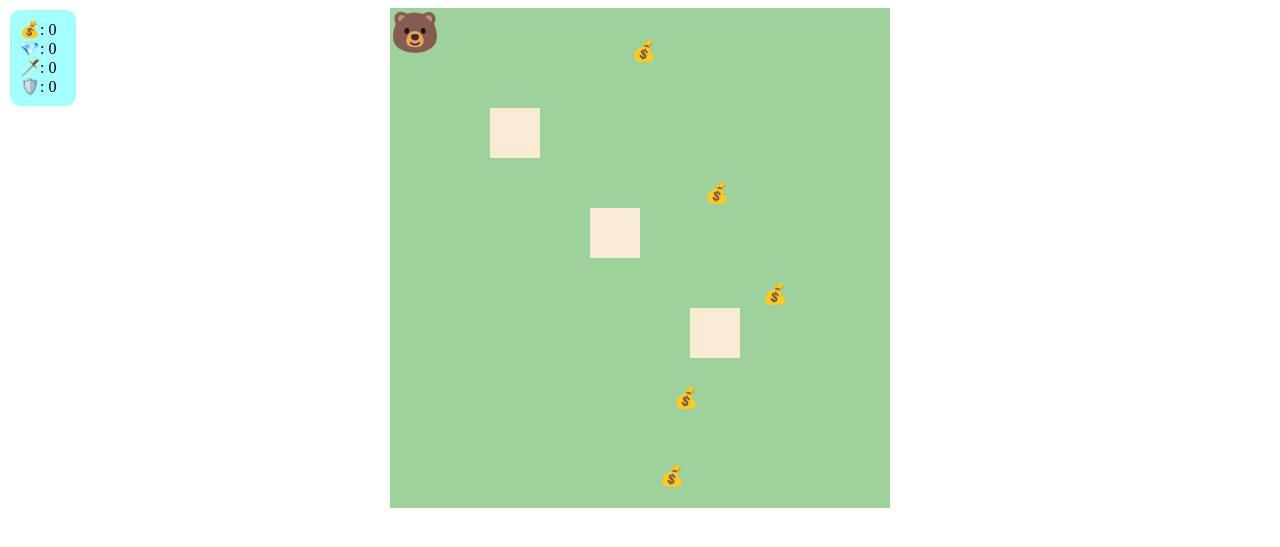
Repository: VyacheslavVV/simple-rpg
Page: / (app in clientapp/)
These files come from the project's save history. The page is drawn as it stood at one moment and after a run of saves; the edit follows.
The browser window is 1280 px wide. The pictures show the whole page.
The project was rebuilt for these pictures with package versions that can differ from the ones it lists, and the page was loaded fresh each time. Also part of the build but not shown: clientapp/vite.config.js.

Above is the page before, as saved 2025-10-05 13:01:46.

After the next 2 saves:
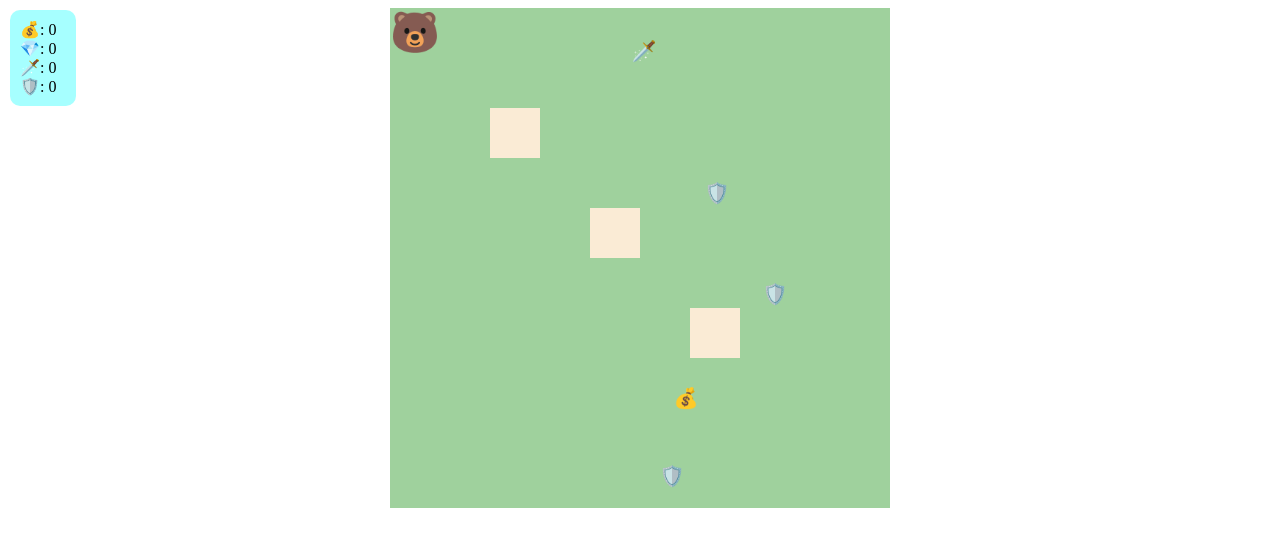
The 2 saves are shown as one change because they came seconds apart.
The last was saved 8 s later.
--- a/clientapp/src/pages/IndexPage.vue
+++ b/clientapp/src/pages/IndexPage.vue
@@ -252,7 +252,7 @@
         y: y,
         width: 24,
         height: 24,
-        icon: '💰'
+        icon: randomCollectible.icon,
       });
 
       occupiedRects.push({
